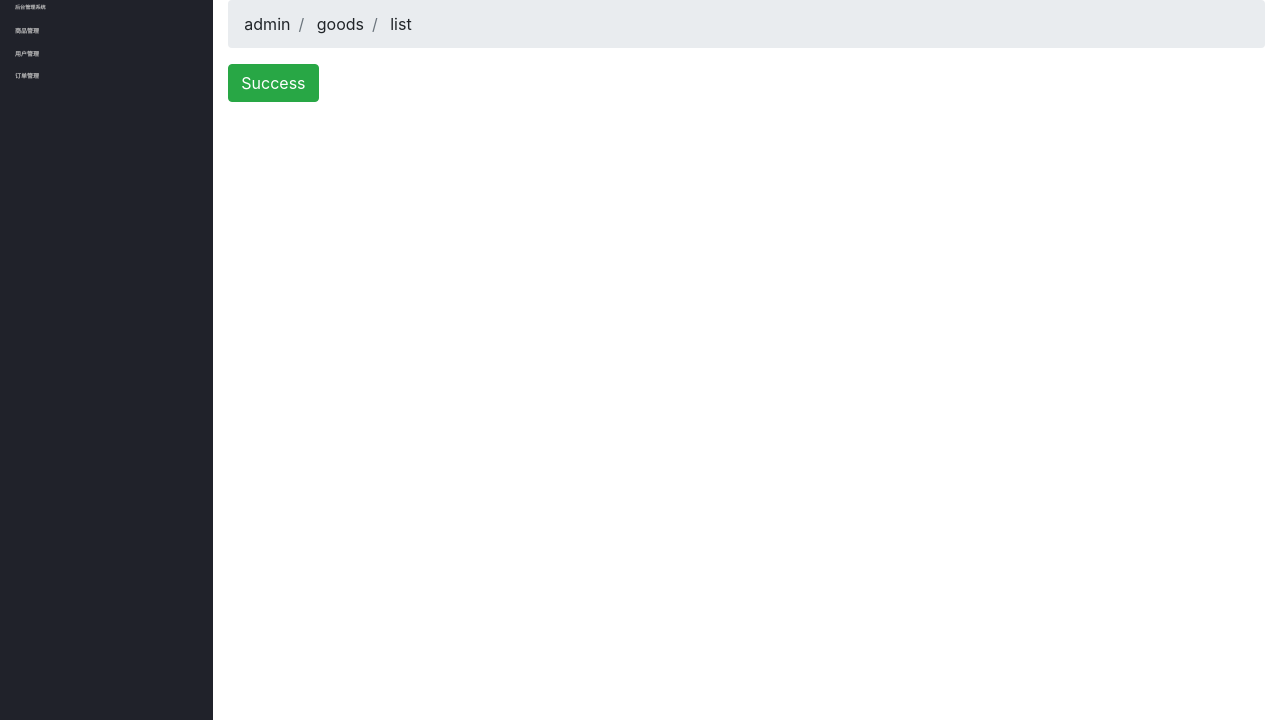
Repository: Rayfang0719/Vue-admin
Page: /admin/goods/list
These files come from the project's save history. The page is drawn as it stood at one moment and after the next save; the edit follows.
The browser window is 1280 px wide. The pictures show the whole page.
The project was rebuilt for these pictures with package versions that can differ from the ones it lists, and the page was loaded fresh each time. Also part of the build but not shown: vue.config.js, src/pages/login.vue.

Above is the page before, as saved 2019-05-11 16:50:02.

### public/index.html
<!DOCTYPE html>
<html lang="en">
  <head>
    <meta charset="utf-8">
    <meta http-equiv="X-UA-Compatible" content="IE=edge">
    <meta name="viewport" content="width=device-width,initial-scale=1.0">
    <link rel="icon" href="<%= BASE_URL %>favicon.ico">
    <title>secco-admin</title>
    <link rel="stylesheet" href="./base.css">
    <style>
      *{
        margin:0px ;
        padding:0px;
      }
    html,body{
      width:100%;
      height:100%;
    }
    </style>
  </head>
  <body>

    <div id="app"></div>
    <!-- built files will be auto injected -->
  </body>
</html>

### src/main.js
import Vue from 'vue'
import App from './App.vue'
import router from './router/router'
import store from './store'

// import axios from "axios";
// Vue.prototype.$axios = axios;

// import bootstrap lib to the project,没有路径就会直接去找node_modules
import "bootstrap";

import 'lib-flexible';
Vue.config.productionTip = false

new Vue({
  router,
  store,
  render: h => h(App)
}).$mount('#app')

### src/App.vue
<template>
  <div id="app">

    <router-view/>
  </div>
</template>
<script>

export default {

}
</script>

<style>
@import  '../node_modules/bootstrap/dist/css/bootstrap.css';

#app{
  height:100%;
  width:100%;
  overflow:hidden;
}
</style>

### src/router/router.js
import Vue from 'vue'
import Router from 'vue-router'
import Login from '../pages/login.vue'


Vue.use(Router)

export default new Router({
  mode: 'history',
  base: process.env.BASE_URL,
  routes: [
    {
      path: '/',
      name: 'Login',
      component: Login
    },
    {
      path: '/admin',
      name: 'admin',
      meta: {
        requireAuth: true
      },
      // route level code-splitting
      // this generates a separate chunk (about.[hash].js) for this route
      // which is lazy-loaded when the route is visited.
      component: () => import(/* webpackChunkName: "about" */ '../pages/admin/admin.vue'),
      children: [
        {
          path: 'goods',
          name: 'goods',
          title: '商品管理',
          component: () => import('../pages/admin/goods/goods'),//路径要自己改
          children:[
            {
              path: 'list',
              name: 'list',
              title: '商品列表',
              component: () => import('../pages/admin/goods/list'),//路径要自己改
            },
            {
              path: 'categories',
              name: 'categories',
              title: '商品分类',
              component: () => import('../pages/admin/goods/categories'),//路径要自己改
            },
            {
              path: 'addgoods',
              name: 'addgoods',
              title: '添加商品',
              component: () => import('../pages/admin/goods/addgoods'),//路径要自己改
            },
          ]
        },
        {
          path: 'users',
          name: 'users',
          title: '用户管理',
          component: () => import('../pages/admin/users/users'),//路径要自己改
          children:[
            {
              path: 'list',
              name: 'list',
              title: '用户列表',
              component: () => import('../pages/admin/users/list'),//路径要自己改
            },
            {
              path: 'adduser',
              name: 'adduser',
              title: '添加用户',
              component: () => import('../pages/admin/users/adduser'),//路径要自己改
            },

          ]
        },
      ]
    }
  ]
})

### src/store/index.js
import Vue from 'vue'
import Vuex from 'vuex'
import createPersistedState from 'vuex-persistedstate'

Vue.use(Vuex)

/* eslint-disable no-new */
const store = new Vuex.Store({
  plugins: [createPersistedState()],
  modules: {
  }
})

export default store

### src/pages/admin/admin.vue
<template>

  <div class="container-fluid" style="height:100%">
    <div class="row" style="height:100%">
      <div class="col-sm-2 admin-aside">
        <h2>后台管理系统</h2>
        <ul class="goods">
          <span>商品管理</span>
          <router-link to="/admin/goods/list">
            <li>商品列表</li>
          </router-link>
          <router-link to="/admin/goods/categories">
            <li>商品分类</li>
          </router-link>
          <router-link to="/admin/goods/addgoods">
            <li>添加商品</li>
          </router-link>
        </ul>
        <ul class="users">
          <span>用户管理</span>
          <router-link to="/admin/users/list">
            <li>用户列表</li>
          </router-link>

          <router-link to="/admin/users/adduser">
            <li>添加用户</li>
          </router-link>
        </ul>
        <ul class="order">
          <span>订单管理</span>


          <li>订单列表</li>
        </ul>
      </div>

      <div class="col-sm-10">
        <nav aria-label="breadcrumb" style="border-radius:0">
          <ol class="breadcrumb">

            <li class="breadcrumb-item" v-for ="(path,index) in paths" :key="index"  @click="goto(index)">
              {{path}}
            </li>

          </ol>
        </nav>
        <router-view></router-view>
      </div>
    </div>
  </div>
</template>
<script>
import $ from "jquery";

export default {
  data() {
    return {

    }
  },
  computed:{
    paths(){
    let paths = this.$route.path;
    paths = paths.split('/')
     paths.splice(0,1);
     return paths;
      }

  },
  mounted() {

    var goods = $(".goods");
    var users = $(".users");
    var order = $(".order");

    var goodsLi = goods.find("li");
    var usersLi = users.find("li");
    var orderLi = order.find("li");

    goods.find("span").on("click", () => {
      goodsLi.css("display") == "none"
        ? goodsLi.css("display", "block")
        : goodsLi.css("display", "none");
    });
    users.find("span").on("click", () => {
      usersLi.css("display") == "none"
        ? usersLi.css("display", "block")
        : usersLi.css("display", "none");
    });
    order.find("span").on("click", () => {
      orderLi.css("display") == "none"
        ? orderLi.css("display", "block")
        : orderLi.css("display", "none");
    });
  },
  methods: {
    //   goto(idx){
    //       let to  ='';
    //       for( var item of this.paths ){
    //           if(idx<this.paths.length){
    //              break;
    //           }else{
    //             to=to +'/'+item;
    //           }
    //       }

        //   console.log(to);

        //   to = to.slice(-1);
        //   this.$router.replace(to);
        //   console.log(to);
    //   }
  }
};
</script>
<style lang="scss" scoped>
.admin-aside {
  background-color: #20222a;
  color: #c2c2c2;
  height: 100%;
  h2 {
    height: 0.96rem;
    line-height: 0.96rem;
    font-size: 0.32rem;
    font-weight: 800;
  }
  ul {
    font-size: 0.373333rem;
    font-weight: 600;
    line-height: 1rem;
    margin-bottom: 0.4rem;
    li {
      font-size: 0.32rem;
      display: none;
      padding-left: 0.25rem;
    }
  }
}
</style>

### src/pages/admin/goods/goods.vue
<template>
    <div>
        <router-view></router-view>
    </div>
</template>
<script>
export default {

}
</script>

### src/pages/admin/goods/list.vue
<template>
    <div>
      <buttonCom ref="buttonCom"></buttonCom>
    </div>
</template>
<script>

    import button from '../../../components/button.vue'
 export default {
    components:{
      buttonCom:button
   }
}


</script>

### src/components/button.vue
<template>
    <div>
        <button type="button" class="btn btn-success">Success</button>
    </div>
</template>
<script>
export default {

}
</script>

### public/base.css
/*(1)清除默认样式*/
html, body, ul, li, ol, dl, dd, dt, p, h1, h2, h3, h4, h5, h6, form, fieldset, legend, img,input{ margin:0; padding:0; }
fieldset, img,input,button { border:0 none; padding:0;margin:0;outline-style:none; }   /*去掉input等聚焦时的蓝色边框*/
ul,li,ol{ list-style:none; }
select, input { vertical-align:middle;}
textarea { resize:none; } /*防止拖动*/
img {border:0; vertical-align:middle; }
/*  去掉图片低测默认的3像素空白缝隙，或者用display：block也可以*/
table { border-collapse:collapse; }
a {text-decoration:none; }



/*2.添加公共样式*/
/*body {
    font:12px Arial,Verdana,"\5b8b\4f53";
    color:#666;
    background:#fff;
}*/
/*清除浮动（不管）*/
.clearfix:before,.clearfix:after {  /*清楚浮动*/
    content:"";
    display:table;
}
.clearfix:after{clear:both;}
.clearfix{
    *zoom:1;/*IE/7/6*/
}
h1,h2,h3,h4,h5,h6 {font-weight:normal;font-size:1em;}  /*设置h标签的大小，设置跟父亲一样大的字体font-size:100%;*/
s,i,em{font-style:normal;text-decoration:none;}


/*公共类*/
.container {  /*内容、版心 提取 */
    width: 1210px;
    margin:0 auto;
}
.fl {
    float:left;
}
.fr {
    float:right;
}
.ac {
    text-align:center;
}
.hide {
    display:none;
}
.f12{ font-size: 12px;}
.f14{ font-size: 14px;}
.f16{ font-size: 16px;}

After the next save:
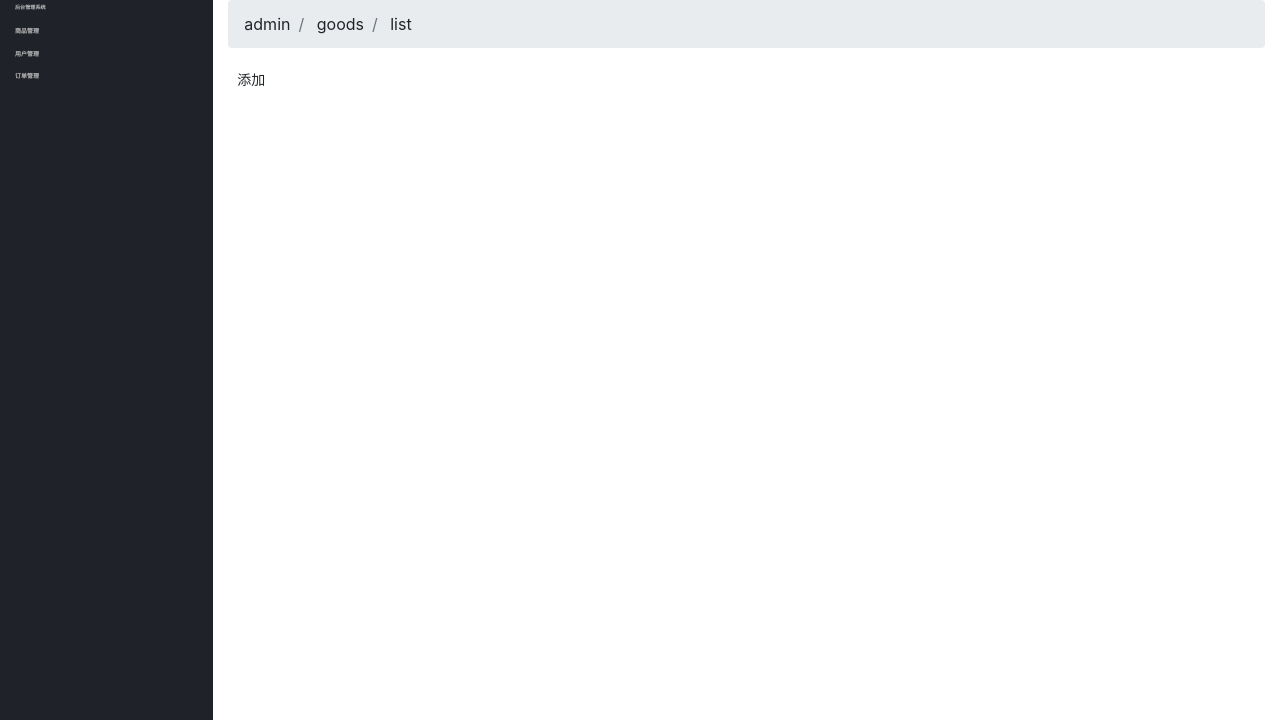
Saved 4 min 44 s later.
--- a/src/components/button.vue
+++ b/src/components/button.vue
@@ -1,6 +1,7 @@
 <template>
     <div>
-        <button type="button" class="btn btn-success">Success</button>
+        <button type="button" class="btn btn-sm">添加</button>
+
     </div>
 </template>
 <script>
